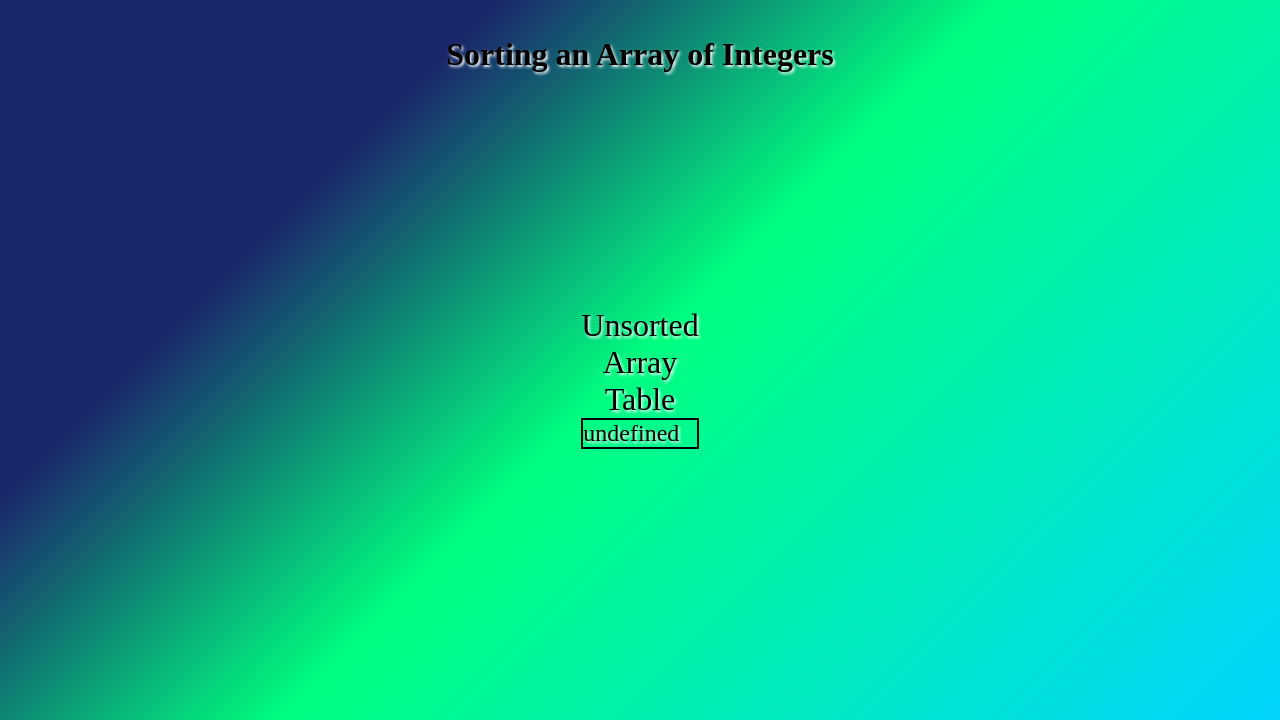
Repository: mlmEFSC21/P16-Sorting-Integers
Page: sort.html
An editor plug-in stored every save of this project. The page is shown before and after the next save, followed by the edit.
The browser window is 1280 px wide. The pictures show the whole page.

Above is the page before, as saved 2022-03-25 20:22:54.
Console error (its wording comes from the project's code and is left out).

After the next save:
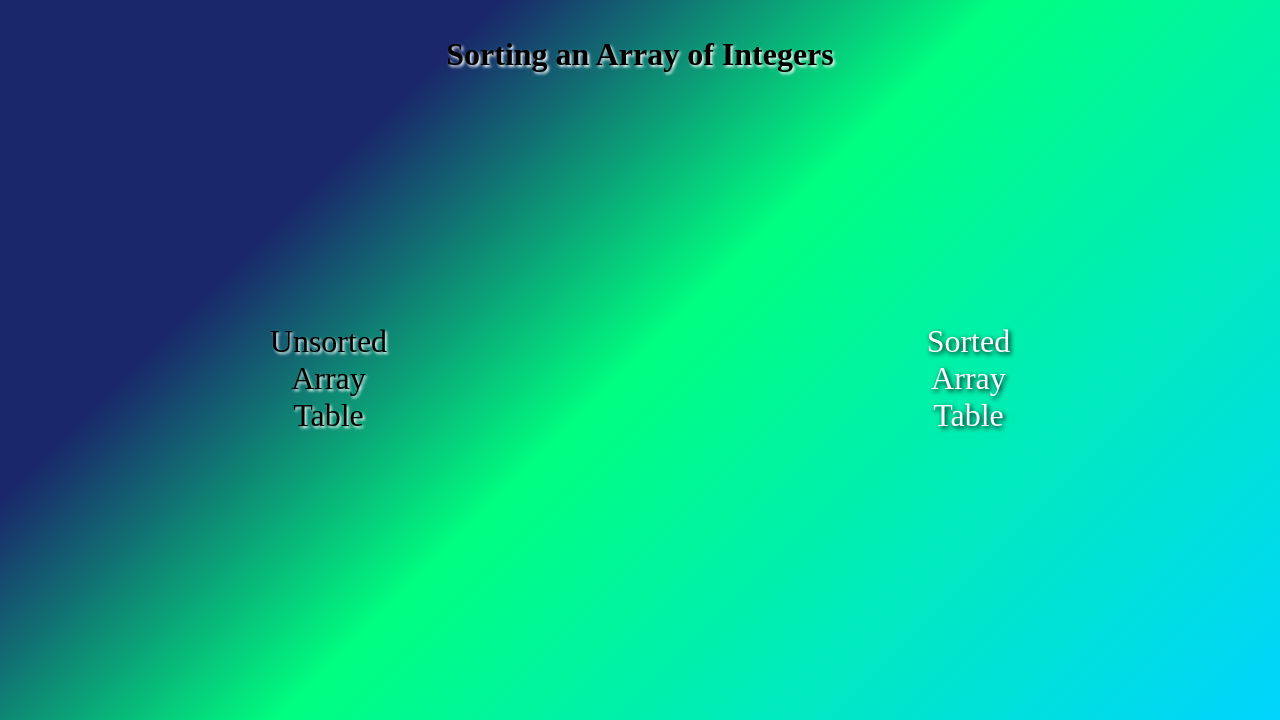
The error is gone.
Saved 6 min 11 s later.
--- a/sort.js
+++ b/sort.js
@@ -14,12 +14,6 @@ const unsortHeadRow = document.createElement("tr");
 thead.append(unsortHeadRow);
 let dataCell;
 let i = 0;
-while (i < 5) {
-    unsortHeadRow.append(document.createElement("td").setAttribute("class", `index${i}`));
-    dataCell = document.querySelector`.index${i}`;
-    dataCell.innerText = "Index " + i;
-    i++;
-}
 
 const sortedTable = document.createElement("table");
 sortedTable.setAttribute("class", "sortedTable");
